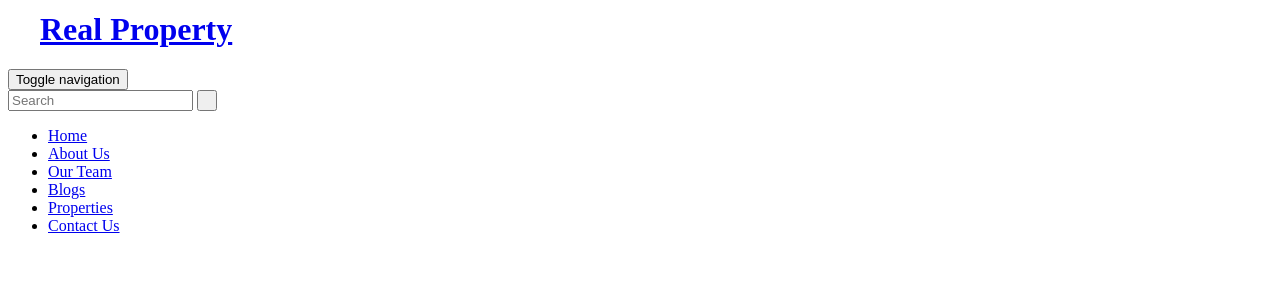
Repository: Apeksha14/AngularAppExample
Page: public/templates/header.html
An editor plug-in stored every save of this project. The page is shown before and after the next save, followed by the edit.
The browser window is 1280 px wide. The pictures show the whole page.

Above is the page before, as saved 2017-05-01 17:53:58.

### public/templates/header.html
<div class="header" id="home">
		<div class="container">
			<div class="logo">
				<h1><a href="index.html"><i><img src="images/logo.png" alt="" /></i>Real Property</a></h1>
			</div>

			<div class="header-left">
				<nav class="navbar navbar-default">
					<!-- Brand and toggle get grouped for better mobile display -->
					<div class="navbar-header">
					  <button type="button" class="navbar-toggle collapsed" data-toggle="collapse" data-target="#bs-example-navbar-collapse-1">
						<span class="sr-only">Toggle navigation</span>
						<span class="icon-bar"></span>
						<span class="icon-bar"></span>
						<span class="icon-bar"></span>
					  </button>
					</div>

					<!-- Collect the nav links, forms, and other content for toggling -->
					<div class="collapse navbar-collapse nav-wil" id="bs-example-navbar-collapse-1">

						<div class="header-right-search">
							<form ng-submit="sub()">
								<input type="text" ng-model="formData.desc"  placeholder="Search" required="" />
								<input type="submit" value=" " ng-click="sub()">
							</form>
						</div>

						<nav class="link-effect-9" id="link-effect-9">
							<ul class="nav navbar-nav">
								<li class="active"><a class="hvr-overline-from-center scroll" href="index.html">Home</a></li>
								<li><a href="#/about" class="hvr-overline-from-center scroll">About Us</a></li>
								<li><a href="#/blog" class="hvr-overline-from-center scroll">Our Team</a></li>
								<li><a href="#/faq" class="hvr-overline-from-center scroll">Blogs</a></li>
								<li><a href="#properties" class="hvr-overline-from-center scroll">Properties</a></li>
								<li><a href="#contact" class="hvr-overline-from-center scroll">Contact Us</a></li>
							</ul>
						</nav>
					</div>
					<!-- /.navbar-collapse -->
				</nav>
			</div>
		</div>
	</div>
<!-- //header -->

After the next save:
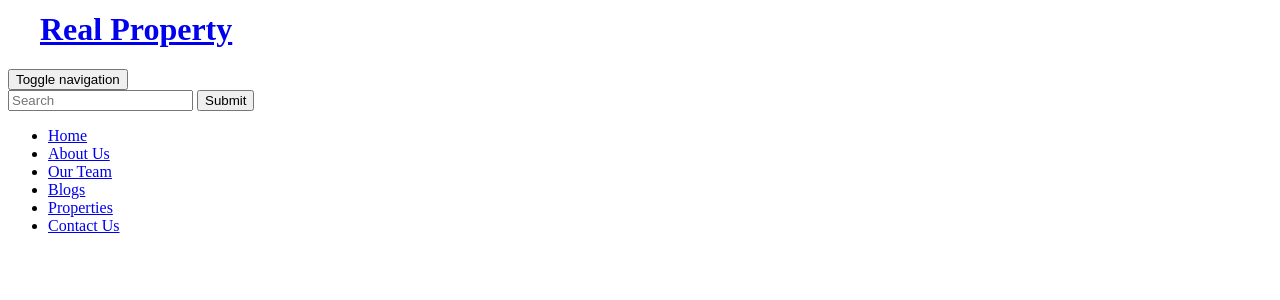
Saved 49 s later.
--- a/public/templates/header.html
+++ b/public/templates/header.html
@@ -22,7 +22,7 @@
 						<div class="header-right-search">
 							<form ng-submit="sub()">
 								<input type="text" ng-model="formData.desc"  placeholder="Search" required="" />
-								<input type="submit" value=" " ng-click="sub()">
+								<input type="submit" ng-click="sub()">
 							</form>
 						</div>
 
